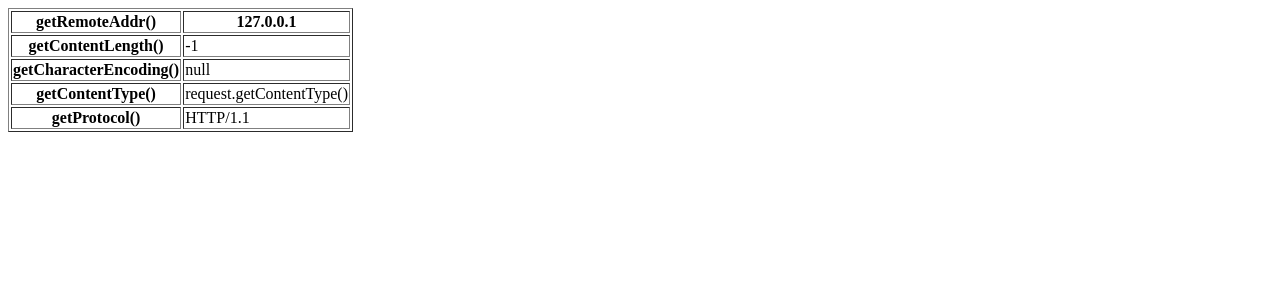
Repository: psg1415/jsp
Page: http://localhost/JSPBook/ch05/request04.jsp
The author's editor kept a copy of each file at every save. The page is drawn from the files as they stood at one save, then again after the next save.
The browser window is 1280 px wide. The pictures show the whole page.
The page is served by Tomcat 9. Nobody is signed in. The application's start-up code is not run.

Above is the page before, as saved 2021-09-29 06:59:10.

After the next save:
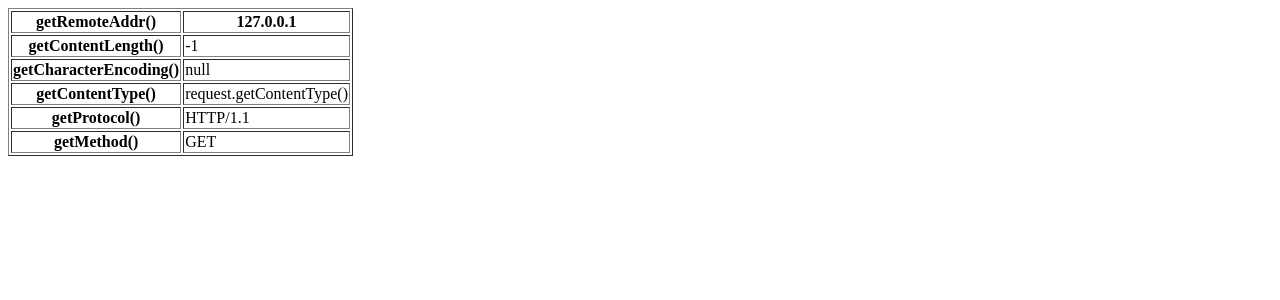
Saved 63 s later.
--- a/JSPBook/src/main/webapp/ch05/request04.jsp
+++ b/JSPBook/src/main/webapp/ch05/request04.jsp
@@ -22,4 +22,8 @@
 		<th>getProtocol()</th>
 		<td><%=request.getProtocol() %></td>
 	</tr>
+	<tr>
+		<th>getMethod()</th>
+		<td><%=request.getMethod() %></td>
+	</tr>
 </table>
